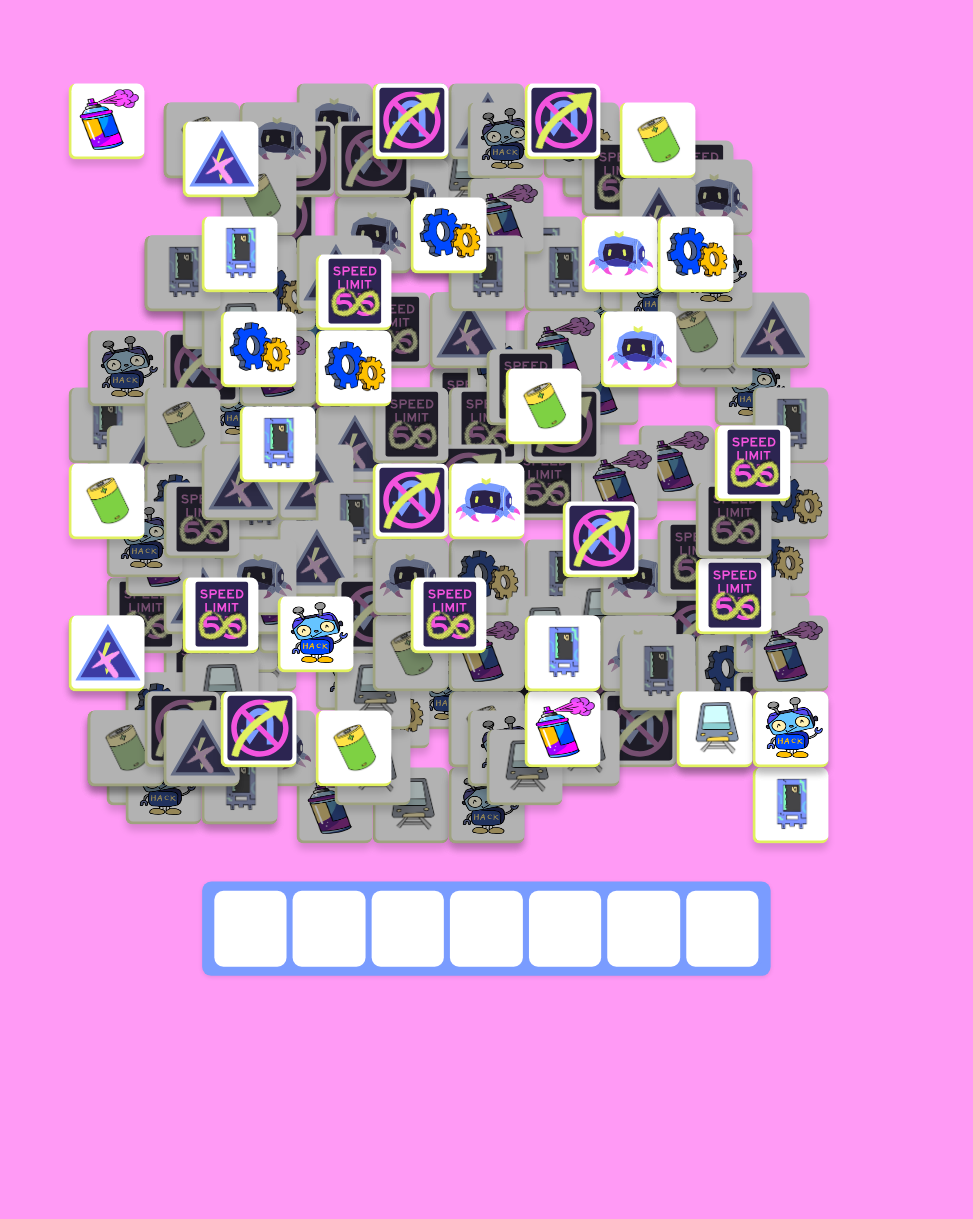
Repository: Avril-Cui/hack-puzzle
Page: / (app in client/)
These files come from the project's save history. The page is drawn as it stood at one moment and after the next save; the edit follows.
The browser window is 1280 px wide. The pictures show the whole page, at 76% of full size.
The project was rebuilt for these pictures with package versions that can differ from the ones it lists, and the page was loaded fresh each time. The framework's server and built-in components were replaced by stand-ins that run in the browser. Also part of the build but not shown: client/next.config.ts.

Above is the page before, as saved 2025-06-11 20:42:09.

After the next save:
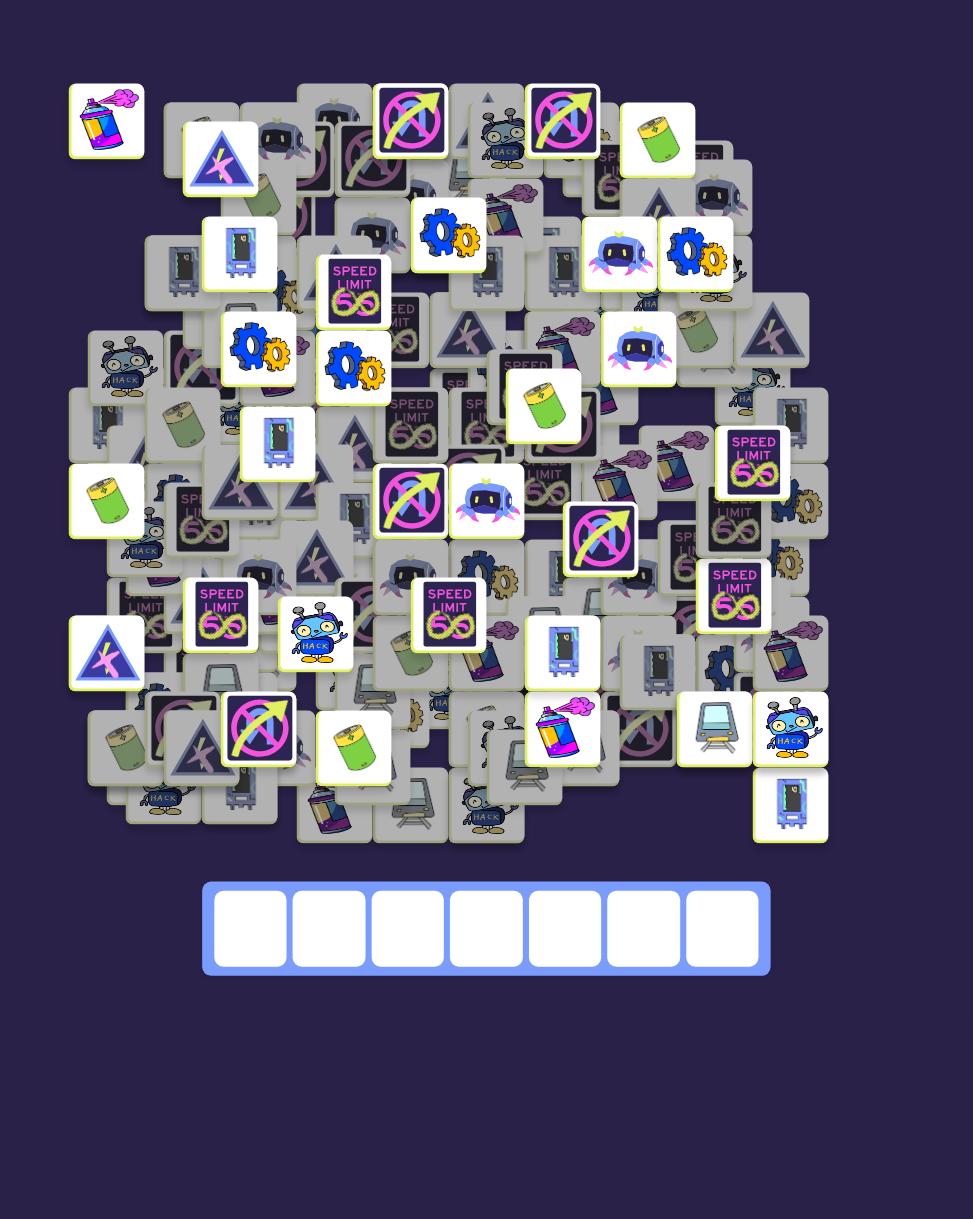
Saved 106 s later.
--- a/client/app/globals.css
+++ b/client/app/globals.css
@@ -1,7 +1,7 @@
 @import "tailwindcss";
 
 :root {
-  --background: #FF9AF5;
+  --background: #292148;
 }
 
 @theme inline {
@@ -13,7 +13,7 @@
 
 @media (prefers-color-scheme: dark) {
   :root {
-    --background: #FF9AF5;
+    --background: #292148;
   }
 }
 
